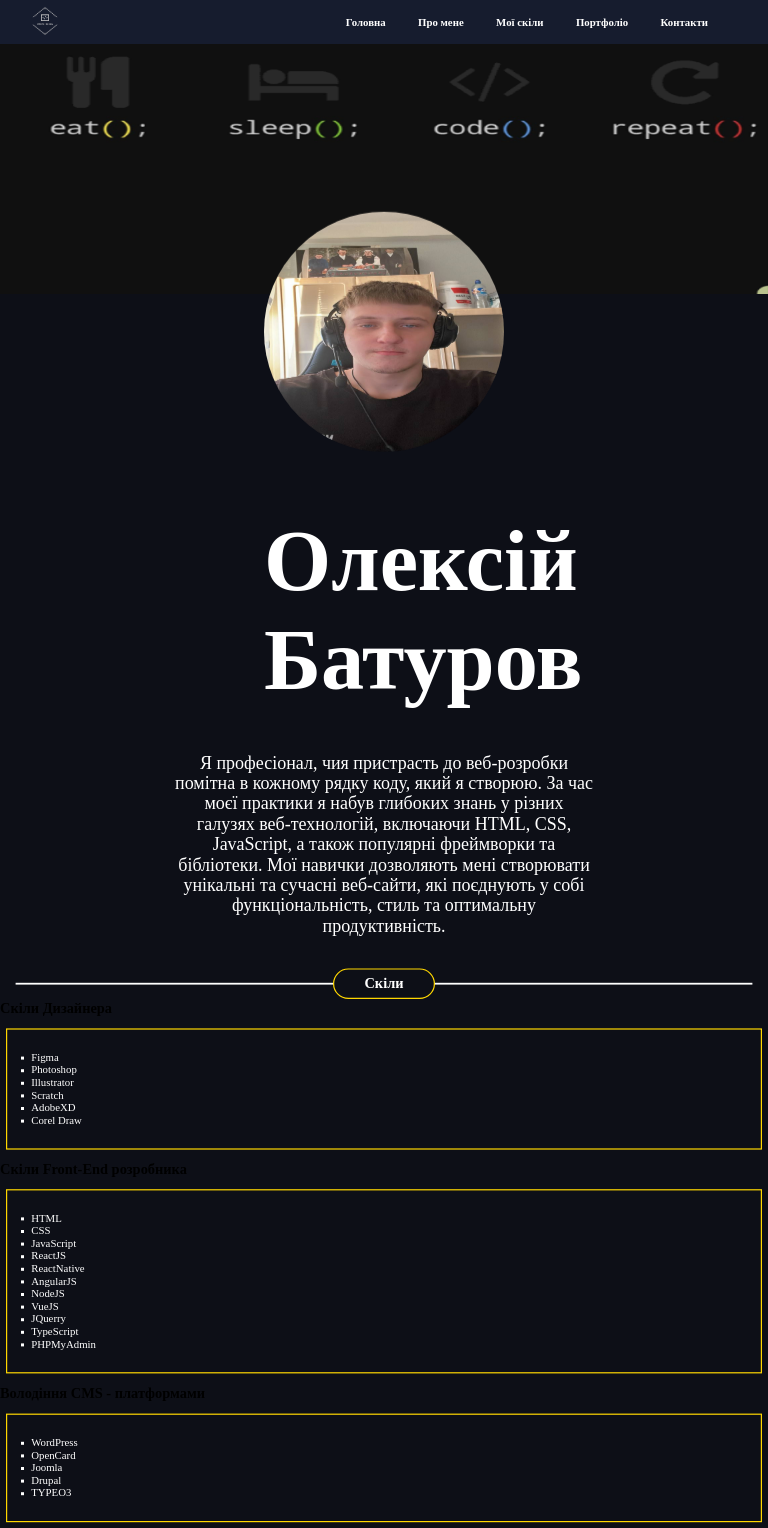
Repository: qtqqrdy13/cv-2
Page: index.html
An editor plug-in stored every save of this project. The page is shown before and after the next save, followed by the edit.
The browser window is 1280 px wide. The pictures show the whole page, at 60% of full size.

Above is the page before, as saved 2023-10-04 21:54:26.

After the next save:
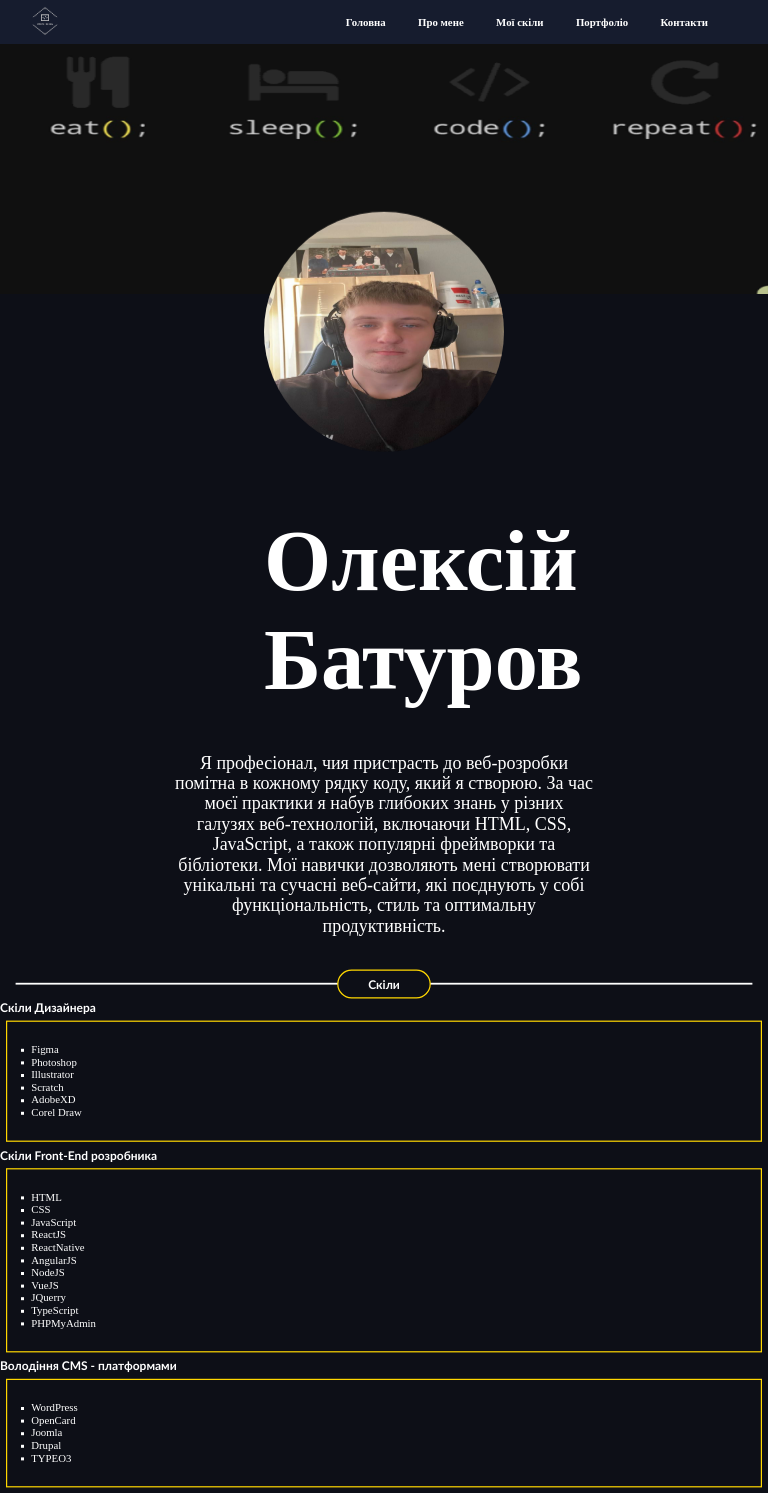
Saved 66 s later.
--- a/main.css
+++ b/main.css
@@ -225,10 +225,11 @@ nav a:hover {
     padding:20px;
     animation: fade-in  1s ease-in-out;
 }
-.block h2{
+ h2{
     font-size: 20px;
     font-family:'Trebuchet MS', 'Lucida Sans Unicode', 'Lucida Grande', 'Lucida Sans', Arial, sans-serif;
     margin:0;
+    color:white;
 }
 .content ul{
     list-style-type: square;
